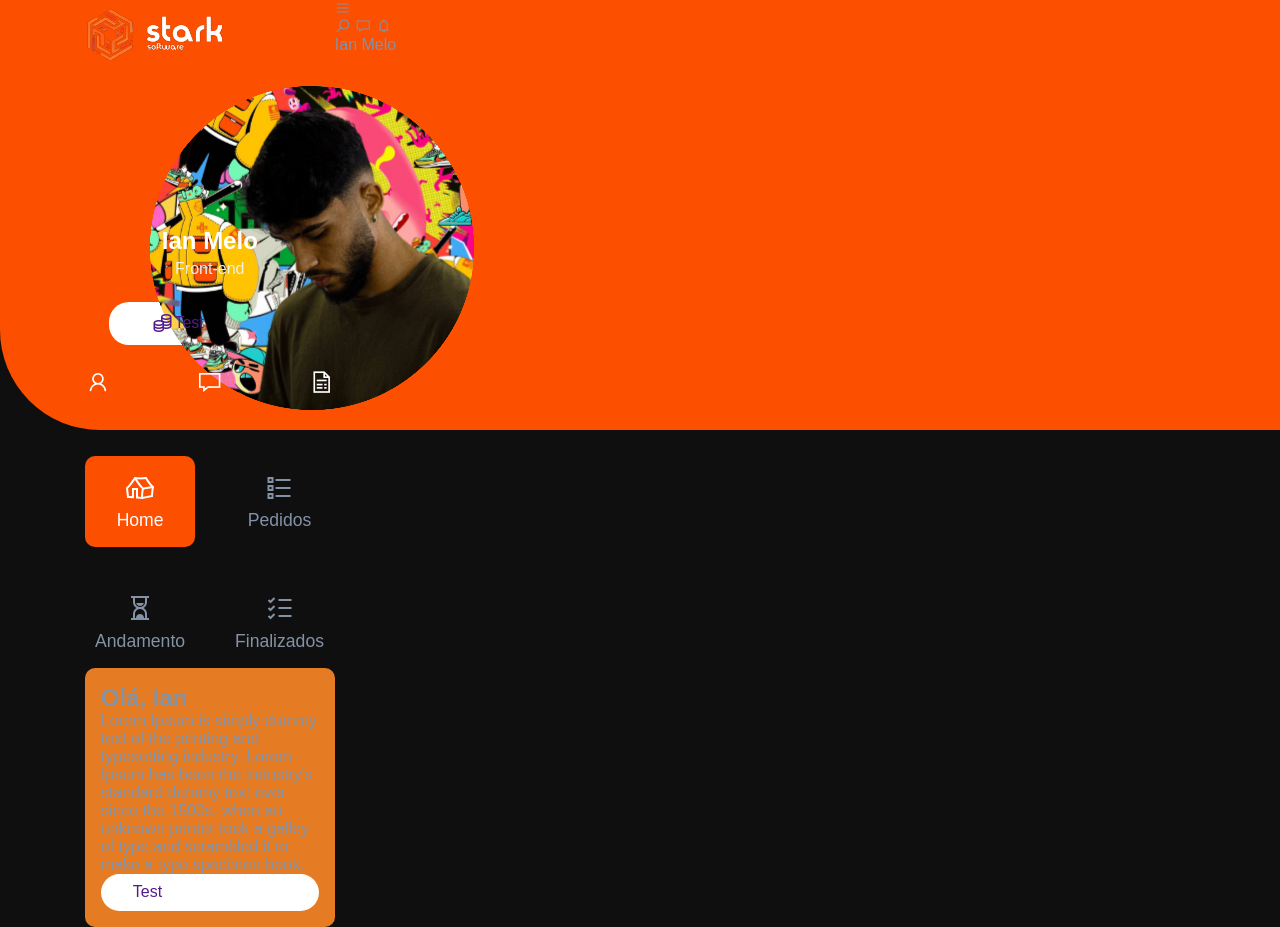
Repository: ichumbo/StarkDashboard
Page: index.html
An editor plug-in stored every save of this project. The page is shown before and after the next save, followed by the edit.
The browser window is 1280 px wide. The pictures show the whole page.
Pictures or frames that could not be fetched are drawn as grey boxes.

Above is the page before, as saved 2023-06-06 19:18:31.

After the next save:
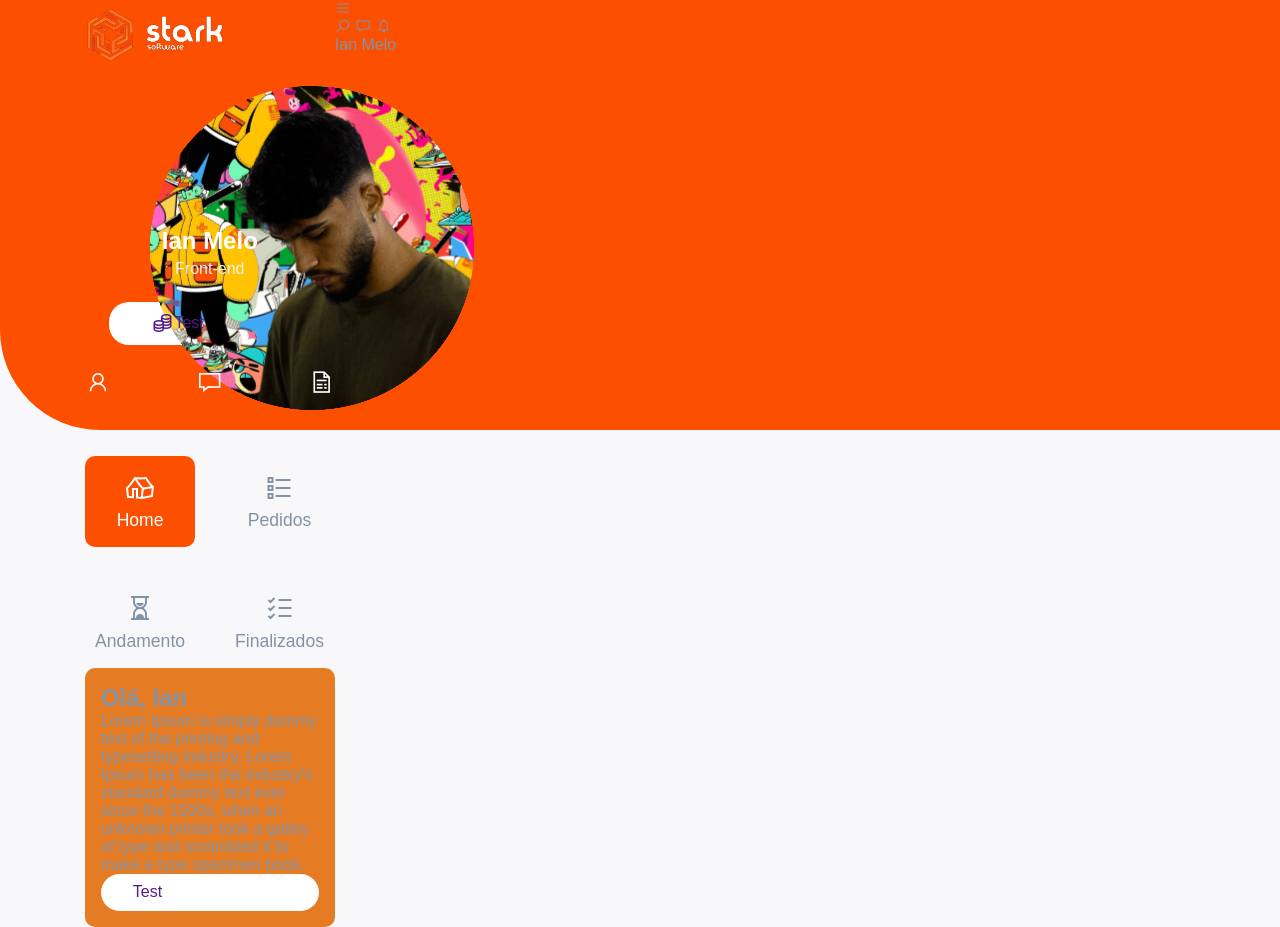
Saved 24 s later.
--- a/css/global.css
+++ b/css/global.css
@@ -11,7 +11,7 @@
 
 body {
     color: var(--main-text);
-    background: var(--color-dark);
+    background: var(--bg-body);
 }
 
 .icon-header {
